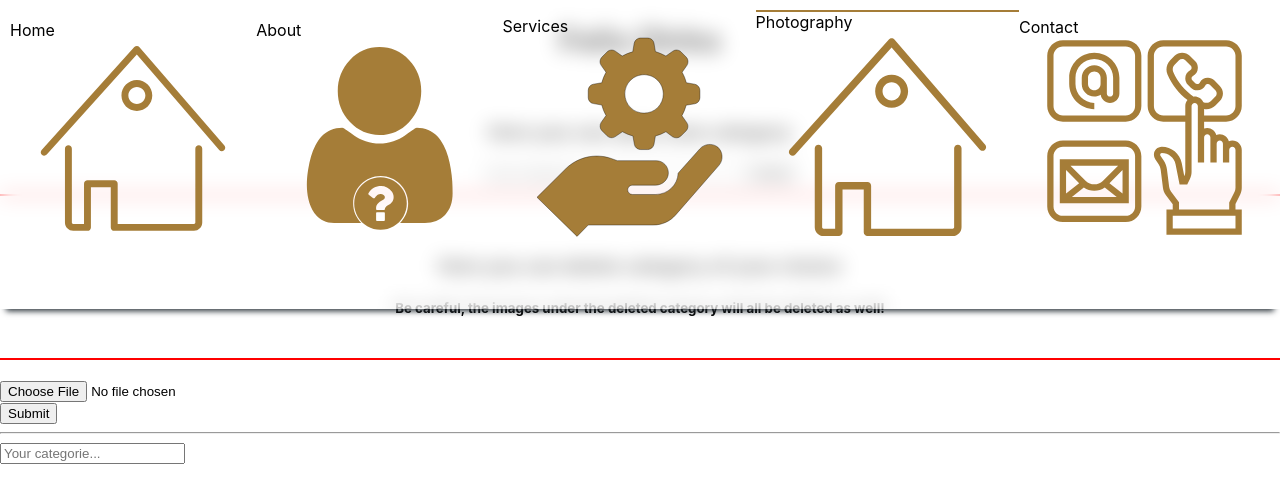
Repository: muhanad-musawi/backend-projekt-frondend
Page: /Photography (app in pohtographer/)
An editor plug-in stored every save of this project. The page is shown before and after the next save, followed by the edit.
The browser window is 1280 px wide. The pictures show the whole page.
The page's requests for data from a server got no answer. The project was rebuilt for these pictures with package versions that can differ from the ones it lists, and the page was loaded fresh each time. The framework's server and built-in components were replaced by stand-ins that run in the browser. No one was signed in, and anything a server would have sent is missing. Also part of the build but not shown: pohtographer/next.config.js, pohtographer/styles/Footer.module.css.

Above is the page before, as saved 2022-03-24 09:20:34.

### pohtographer/pages/_app.js
import '../styles/globals.css'
import Layout from '../layouts/default'

function MyApp({ Component, pageProps }) {


  const getLayout = Component.getLayout
  || ((page) => (<Layout>{page}</Layout>))

  return  getLayout (<Component {...pageProps} />


  )

}

export default MyApp

### pohtographer/pages/Photography.jsx
import styles from "../styles/Photography.module.css";
import Image from "next/image";
import { useState, useEffect } from "react";
import GetAllCategory from "../components/GetAllCategory";
import AddCategory from "../components/AddCategory";
import DeleteCategory from "../components/DeleteCategory";
import AddPhoto from "../components/AddPhoto";
import CategorieImage from "../components/CategorieImage";

function Photography() {

  const initialInput = {
    categorie: "",
  };

  const [categories, setCategories] = useState([]);
  const [inputs, setInputs] = useState(initialInput);
  const [param, setParam] = useState("")


  useEffect(() => {
    fetchCategoriesData();
  }, []); //Dependancy Array

  const BACKEND_URL =
    process.env.NEXT_PUBLIC_BACKEND_URL; /* || 'http://localhost:4000' */
  const RECORDS_PATH = BACKEND_URL + "/photo-gallery/all";

  //console.log(BACKEND_URL);

  // get all categorie  ↓

  const fetchCategoriesData = async () => {
    /*'http://localhost:4000/photo-gallery'*/

    await fetch(RECORDS_PATH)
      .then((response) => response.json())
      .then((data) => {
        //console.log("data" + data)
        setCategories(data);
        //console.log("categorie" + categories)
      })
      .catch((err) => console.log(err));
  };

  // get all categorie ↑

  // new categorie Add ↓

  function handleInputChange(event) {
    const value = event.target.value;
    const name = event.target.name;
    setInputs({
      ...inputs,
      [name]: value,
    });
  }
  console.log(inputs);
  const Categorie_PATH = BACKEND_URL + "/photo-gallery/new";

  const fetchCategoryAddData = (category) => {
    console.log("category:" + category);

    /*'http://localhost:4000/records'*/

    const categoryJson = JSON.stringify(category);
    fetch(Categorie_PATH, {
      method: "POST",
      headers: {
        "Content-Type": "application/json",
      },
      body: categoryJson,
    })
      .then((response) => {
        if (response.status !== 201) {
          alert("An Error occured");
          return;
        } else {
          fetchCategoriesData(); //router.reload(window.location.pathname) //navigate("/Photography", { replace: true });
          return response.json();
        }
      })
      .catch((err) => console.log(err));
  };

  function handleSubmit(event) {
    event.preventDefault();
    if (
      categories.find((category) => category.categorie === inputs.categorie)
    ) {
      alert("category exist");
    } else {
      const newCategory = {
        ...inputs,
      };
      fetchCategoryAddData(newCategory);
    }
  }

  // New categorie add ↑

  // categorie delete ↓

  async function onDelete(id) {
    let check = prompt("Type YES to delete");
    if (check === "YES" || check === "yes") {
      console.log("id", id);
      await fetch(BACKEND_URL + `/photo-gallery/${id}`, {
        method: "delete",
      })
        .then((response) => {
          if (response.status !== 200) {
            return;
          } else {
            //Wenn wir die API selber besitzen
            //fetchUserData()
            setCategories(
              categories.filter((category) => {
                return category._id !== id;
              })
            );
          }
        })
        .catch((error) => console.log(error));
    } else {
      alert("Wrong Delete");
    }
  }

  const handleInputChangeCategory = (e) =>{
    setParam(e.target.value.toLowerCase())
  }

  // categorie delete ↑

  return (
    <div>
      <div className={styles.addCategory}>
        <AddCategory
          inputs={inputs}
          handleSubmit={handleSubmit}
          handleInputChange={handleInputChange}
        />
      </div>

      <div className={styles.deleteCategory}>
        <DeleteCategory categories={categories} onDelete={onDelete} />
      </div>

      <div>
     <AddPhoto categories={categories}/>
     </div>


      <div>
        <GetAllCategory categories={categories} />
      </div>






     <div>
       <input onChange={handleInputChangeCategory} type="text" placeholder="Your categorie..."/>
       <CategorieImage
        categories={categories}
        param={param}
        />
     </div>


    </div>
  );
}

export default Photography;

### pohtographer/styles/globals.css
html,
body {
  padding: 0;
  margin: 0;
  font-family: -apple-system, BlinkMacSystemFont, Segoe UI, Roboto, Oxygen,
    Ubuntu, Cantarell, Fira Sans, Droid Sans, Helvetica Neue, sans-serif;
}

a {
  color: inherit;
  text-decoration: none;
}

* {
  box-sizing: border-box;
}

### pohtographer/layouts/default.jsx

import Header from '../components/Header'

import Footer from '../components/Footer'
import Head from 'next/head'


function Layout ({children}) {
  return (
    <div>
       <Header/>
       <Head>
        <title>my-App</title>
        <meta name="description" content="Generated by create next app" />
        <link rel="icon" href="/favicon.ico" />
      </Head>
      {children}
      <Footer/>
    </div>
  )
}

export default Layout

### pohtographer/styles/Photography.module.css
 .addCategory {
   text-align: center;
   margin: 10px 0;
   padding: 10px 0;
   border-bottom: 2px solid red;
 }

 .deleteCategory {
  text-align: center;
  margin: 20px 0;
  padding: 20px 0;
  border-bottom: 2px solid red;
 }

 .deleteCategoryBTN {
   display: flex;
   justify-content: space-evenly;
   align-items: center;

 }

### pohtographer/components/GetAllCategory.jsx
import styles from '../styles/GetAllCategory.module.css'




function GetAllCategory ({categories}){

  return (
    <div className={styles.imageCategory} >
      {categories.map((category, index) => (
        <div key={index}>
          <ul className={styles.ulCategory} key={index}>
            <li key={index}>{category.categorie} </li>
          </ul>
        </div>
      ))}
    </div>
  );
};

export default GetAllCategory;

### pohtographer/components/AddCategory.jsx
import styles from '../styles/AddCategory.module.css'


function AddCategory({handleSubmit , inputs ,   handleInputChange}) {
  return (
    <div>
      <h3>Here you can add a new category</h3>
      <form className="addRecordsForm" action="" onSubmit={handleSubmit}>
        <input
          type="text"
          name="categorie"
          placeholder=" new categorie"
          value={inputs.categorie}
          size="30"
          maxLength="50"
          onChange={handleInputChange}
        ></input>
        <input type="submit" value="Send" />
      </form>
    </div>
  )
}

export default AddCategory

### pohtographer/components/DeleteCategory.jsx
import styles from "../styles/DeleteCategory.module.css";

function DeleteCategory({ categories, onDelete }) {
  return (
    <div>
      <h3>Here you can delete category of your choice</h3>
      <h5>
        Be careful, the images under the deleted category will all be deleted as
        well!
      </h5>
      <div className={styles.deleteCategoryBTN}>
        {categories.map((category, index) => (
          <div>
            <div key={index}>
              <button onClick={() => onDelete(category._id)}>
                🗑️ {category.categorie}
              </button>
            </div>
          </div>
        ))}
      </div>
    </div>
  );
}

export default DeleteCategory;

### pohtographer/components/AddPhoto.jsx
 import {useState} from 'react'

 function AddPhoto({categories}) {
  const BACKEND_URL = process.env.NEXT_PUBLIC_BACKEND_URL;
  const RECORDS_PATH = BACKEND_URL + "/photos/new";

  const API_PHOTO_NAME = "uploaded_file"

  const [newFile, setNewFile] = useState({ photo: "" });
  const [photoCategorie, setPhotoCategorie] = useState("events");
  const [imageSrc, setImageSrc] = useState(""); // Bild als Daten (String)

  const handleSubmit = async (e) => {

    e.preventDefault();
    const formData = new FormData();
    formData.append(API_PHOTO_NAME, newFile.photo);
    //console.log( "formData"+formData)
    //console.log("categorie"+photoCategorie)

    await fetch(RECORDS_PATH , {
      method: "POST",
      body: formData,
    })
    .then((response)=>{
      console.log("response" + response.status)
      if(response.status === 201){
        alert("Image was saved!")
        setNewFile("");
        setImageSrc("")
        setPhotoCategorie("")
      } else{
        alert("Some Error occured")
      }
    })
    .catch((error)=>console.log(error))
  };

  const handlePhoto = (e) => {
    const [file] = e.target.files;
    if (file) {
      setImageSrc(URL.createObjectURL(file));
    }
    setNewFile({ photo: file });
  };

  return (
    <div>
      <form onSubmit={handleSubmit} encType="multipart/form-data">
        <input
          type="file"
          accept=".png, .jpg, .jpeg"
          name="photo"
          onChange={handlePhoto}
        />
        <br />
        {imageSrc.length === 0 ? null : (
          <div>
            Image Preview...
            <img width="20%" height="auto" src={imageSrc} alt="text" />
          </div>
        )}

        {/*
        <select onChange={(e)=>setPhotoCategorie(e.target.value)}>
          {categories.map((categorie, index) => <option key={index} value={categorie}>{categorie}</option>)}
        </select>
        */}
        <input type="submit" />
        <hr />
      </form>
    </div>
  );
}
export default AddPhoto;

### pohtographer/components/CategorieImage.jsx
import React, { useEffect, useState } from 'react';
import styles from '../styles/CategorieImage.module.css';

function CategorieImage({categories, param}) {

  const [images,setImages] = useState([]);

  useEffect(()=>{
    fetchAllImages()
  }, [])

  const fetchAllImages = async () => {

    const BACKEND_URL =
    process.env.NEXT_PUBLIC_BACKEND_URL; /* || 'http://localhost:4000' */
    const RECORDS_PATH = BACKEND_URL + "/photos/all";
    /*'http://localhost:4000/photos/all'*/

    await fetch(RECORDS_PATH)
      .then((response) => response.json())
      .then((data) => {
        //console.log("data" + data)
        setImages(data);
        //console.log("categorie" + categories)
      })
      .catch((err) => console.log(err));
  };


 // events muss durch user input ausgetauscht werden in der filter funktion fuer die darstellung
 //  {images.filter(image.pathCategorie==="events").map((image,

  if (categories.includes(param)) {
    return(
      images.filter(image.pathCategorie===param).map((image,
        <div key={index}>
          <img src={image.path} alt="picture"/>
        </div>
      ))
    )
  }
  return (
    <div className= {styles.imgMap} >
      {
        images.map((image, index) => (
          <div className={styles.imgContainer} key={index}>
            <img className={styles.img} src={image.path} alt="picture"/>
          </div>
        ))
      }
    </div>
  )
}

export default CategorieImage

### pohtographer/components/Header.jsx
import Link from 'next/link'
import Image from 'next/image'
import home from '../img/home.svg'
import about from '../img/about.svg'
import service from '../img/service.svg'
import experience from '../img/experience.svg'
import contact from '../img/contact.svg'

import styles from '../styles/Header.module.css'
import { useRouter } from "next/router";



function Header() {

  const router = useRouter();

  return (
    <div className={styles.navbarCenter} >
      <h1 className={styles.logoName}>Felix Dirks</h1>
    <div className={styles.headerLinks}>

        <Link href="/">
          <a className={router.pathname == "/" ? styles.active : ""}><span className='desktopVersion'>Home</span>
        <span className='mobileVersion'>

        <Image src={home} alt="home" />

        </span></a>
        </Link>

        <Link href="/About">
          <a className={router.pathname == "/About" ? styles.active : ""}>
          <span className='desktopVersion'>About</span>
        <span className='mobileVersion'>

        <Image src={about} alt="home" />

        </span>
          </a>
        </Link>

        <Link href="/Services">
          <a className={router.pathname == "/Services" ? styles.active  : ""}>
          <span className='desktopVersion'>Services</span>
        <span className='mobileVersion'>

        <Image src={service} alt="home" />

        </span>
          </a>
        </Link>

        <Link href="/Photography">
          <a className={router.pathname == "/Photography" ? styles.active  : ""}>
          <span className='desktopVersion'>Photography</span>
        <span className='mobileVersion'>

        <Image src={home} alt="home" />

        </span>
          </a>
        </Link>

        <Link href="/Contact">
          <div className={router.pathname == "/Contact" ? styles.active : ""}>
          <span className='desktopVersion'>Contact</span>

        <span className='mobileVersion'>

        <Image src={contact} alt="contact" />

        </span>
          </div>
        </Link>

        </div>

    </div>
  )
}

export default Header

### pohtographer/components/Footer.jsx
import styles from '../styles/Footer.module.css'

function Footer() {
  return (
    <div className={styles.footer} >

    </div>
  )
}

export default Footer

### pohtographer/styles/GetAllCategory.module.css

.imageCategory{
  display: flex;
  justify-content: space-evenly;

}

.ulCategory{
  list-style-type: none;
 }

### pohtographer/styles/DeleteCategory.module.css

.deleteCategoryBTN {
  display: flex;
  justify-content: space-evenly;
  align-items: center;

}

### pohtographer/styles/CategorieImage.module.css

.imgMap{
  width: 100%;

}

.imgContainer{
  margin: 20px 10px;
}

.img{
  width: 40%;
}

### pohtographer/styles/Header.module.css
/*
$color-white:#ffffff;
$footer-color:#737373;
$color-gold:#a57d38;
$color-dark:#242d34;
*/




.navbarCenter{
  width: 100%;
  display: flex;
  justify-content: center;

}

.headerLinks{
  -webkit-backdrop-filter: blur(10px);
    backdrop-filter: blur(10px);
    background-color: rgba(255, 255, 255, 0.5);

  margin: auto auto;
  padding: 10px;
  margin-bottom: 50px;
  display: flex;
  justify-content: space-around;
  align-items: center;

  border-radius: 40px;
  overflow: hidden;
  position: fixed;
  bottom: 0;
  width: 85%;
}

 .mobileVersion{
  display: flex;
  justify-content: center;
  align-items: center;
  visibility: visible;
  border: 1px solid  #a57d38;
  border-radius: 60%;
}
 .mobileVersion:hover{
  border: 1px solid  #a57d38;
  background-color: #242d34;
  border-radius: 60%;
}
.active{
  background-color: #242d34;
  border-radius: 60%;
  border: 2px solid  #a57d38;
}

.mobileVersion img {
  width: 40px;
  margin: 5px;
  margin-left:10px ;
  margin-right:10px ;
  margin-top: 10px;
}

.desktopVersion{
  display: none;
  visibility: hidden;
}



@media screen and (min-width: 1024px) {

  .navbarCenter{

    position: sticky;
    overflow: hidden;
    z-index: 2;
    top: 0;

    width: 100%;
  }


  .headerLinks{
    width: 100%;
    -webkit-backdrop-filter: blur(10px);
      backdrop-filter: blur(10px);
      background-color: rgba(255, 255, 255, 0.5);


    justify-content: space-around;
    margin-top: 0px ;
    margin-bottom: 0px;
    border-radius: 0;
    bottom:unset;


    -webkit-box-shadow: 0 8px 6px -6px #242d34;
    -moz-box-shadow: 0 8px 6px -6px #242d34;
         box-shadow: 0 8px 6px -6px #242d34;
  }


  .active{

    background-color:initial;
    border-radius: 0;
    border: none;
    border-top: 2px solid #a57d38;
  }

   .mobileVersion{
    display: none;
    visibility: hidden;
  }
  .desktopVersion{



    display: block;
    visibility: visible;
  }




}

Loaded but not shown: pohtographer/styles/AddCategory.module.css (no stored copy; drawn as an empty file)

After the next save:
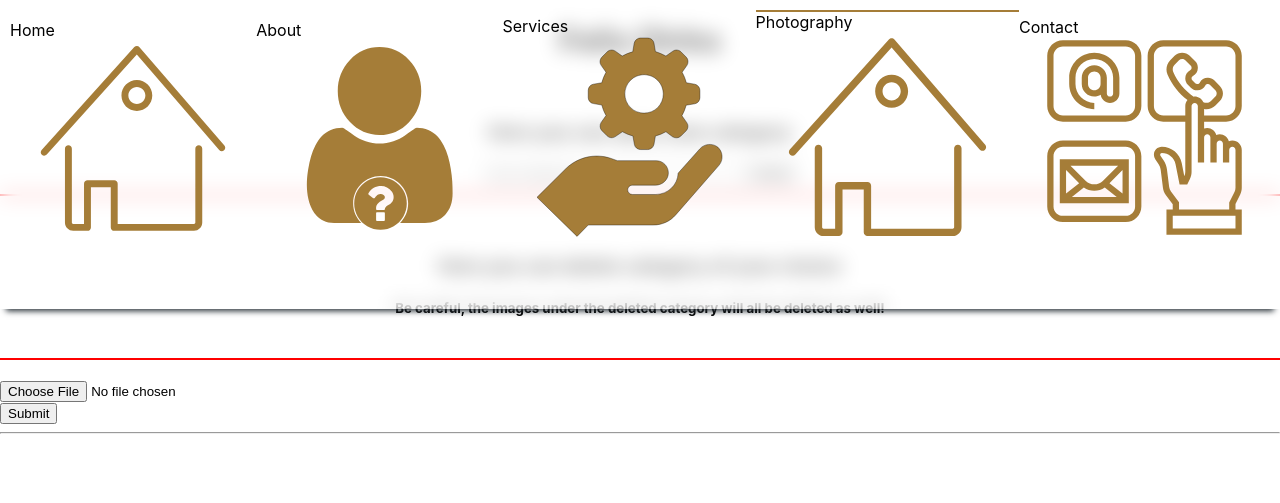
Saved 24 s later.
--- a/pohtographer/pages/Photography.jsx
+++ b/pohtographer/pages/Photography.jsx
@@ -162,7 +162,7 @@
 
 
      <div>
-       <input onChange={handleInputChangeCategory} type="text" placeholder="Your categorie..."/>
+
        <CategorieImage
         categories={categories}
         param={param}
